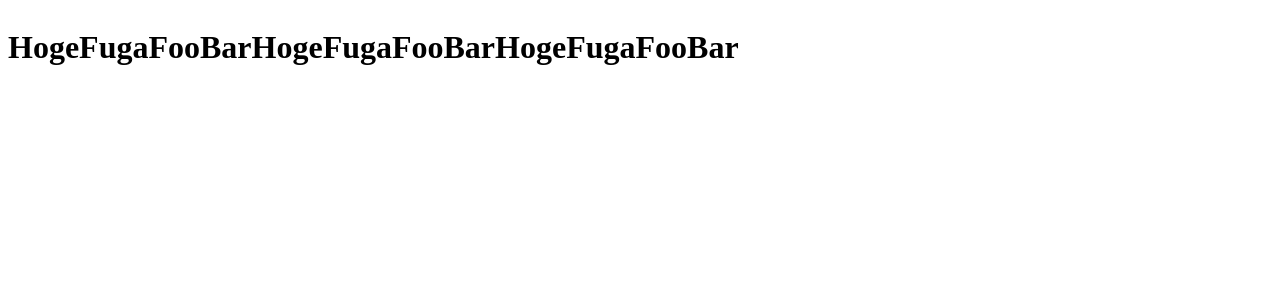
Repository: sachiko-0704/samurai_HTML-CSS
Page: 練習用/akihito.html
The author's editor kept a record of every edit. The page is drawn from the files as they stood at one moment, then again after the next edit.
The browser window is 1280 px wide. The pictures show the whole page.

Above is the page before.

After the next edit:
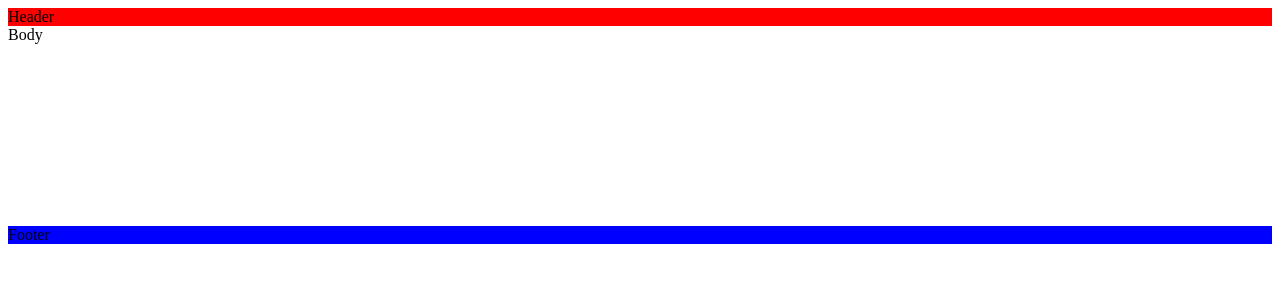
The edit:
--- a/練習用/akihito.html
+++ b/練習用/akihito.html
@@ -3,44 +3,28 @@
     <head>
         <meta charset="UTF-8">
     <style>
-         #no-wrap {
-                display: flex;
-                flex-wrap:nowrap;
+        header {
+                background-color: red;
             }
 
-            #wrap {
-                display: flex;
-                flex-wrap:wrap;
+            footer {
+                background-color: blue;
             }
 
-            #no-wrap {
-                display: flex;
-                flex-wrap:wrap-reverse;
+            .size {
+                height: 200px;
             }
-
         </style>
     </head>
     <body>
-        <div id="no-wrap">
-            <h1>Hoge</h1>
-            <h1>Fuga</h1>
-            <h1>Foo</h1>
-            <h1>Bar</h1>
-
-        <div id="wrap">
-            <h1>Hoge</h1>
-            <h1>Fuga</h1>
-            <h1>Foo</h1>
-            <h1>Bar</h1>
+        <header>
+            Header
+        </header>
+        <div class="size">
+                 Body
         </div>
-
-        <div id="no-wrap">
-            <h1>Hoge</h1>
-            <h1>Fuga</h1>
-            <h1>Foo</h1>
-             <h1>Bar</h1>
-        </div>
-
-        </div>
+        <footer>
+            Footer
+        </footer>
     </body>
 </html>
